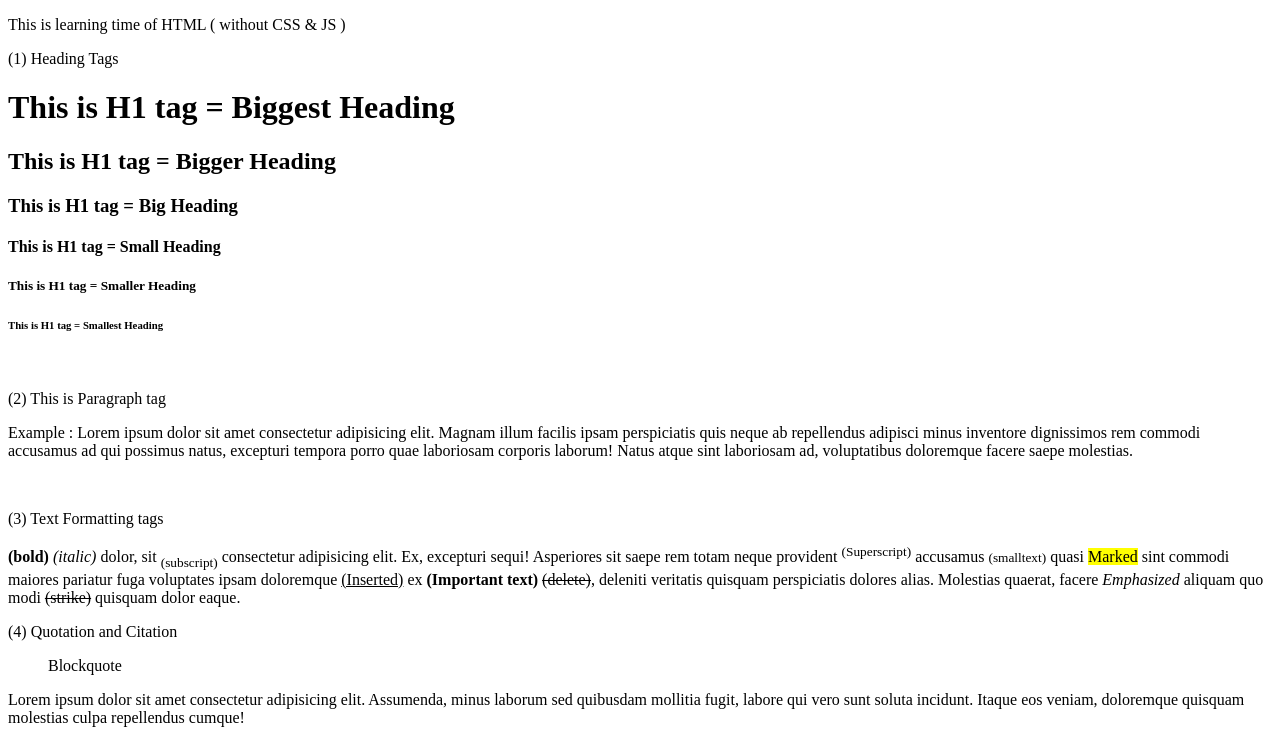
Repository: diptods/Frontend-in-60-DAYS
Page: Day01/learning/learn.html
The author's editor kept a copy of each file at every save. The page is drawn from the files as they stood at one save, then again after the next save.
The browser window is 1280 px wide. The pictures show the whole page.

Above is the page before, as saved 2026-05-28 11:57:58.

### Day01/learning/learn.html
<!DOCTYPE html>
<html lang="en">

<head>
    <meta charset="UTF-8">
    <meta name="viewport" content="width=device-width, initial-scale=1.0">
    <title>Day 01 Of Frontend Learning</title>
</head>

<body>
    <p>This is learning time of HTML ( without CSS & JS )</p>
    <p>(1) Heading Tags</p>
    <h1>This is H1 tag = Biggest Heading</h1>
    <h2>This is H1 tag = Bigger Heading</h2>
    <h3>This is H1 tag = Big Heading</h3>
    <h4>This is H1 tag = Small Heading</h4>
    <h5>This is H1 tag = Smaller Heading</h5>
    <h6>This is H1 tag = Smallest Heading</h6>
    <br>
    <p>(2) This is Paragraph tag</p>
    <p>Example : Lorem ipsum dolor sit amet consectetur adipisicing elit. Magnam illum facilis ipsam perspiciatis quis
        neque ab repellendus adipisci minus inventore dignissimos rem commodi accusamus ad qui possimus natus, excepturi
        tempora porro quae laboriosam corporis laborum! Natus atque sint laboriosam ad, voluptatibus doloremque facere
        saepe molestias.</p>
    <br>
    <p>(3) Text Formatting tags</p>
    <p><b>(bold)</b> <i>(italic)</i> dolor, sit <sub>(subscript)</sub> consectetur adipisicing elit. Ex, excepturi
        sequi! Asperiores sit saepe rem totam
        neque provident <sup>(Superscript)</sup> accusamus <small>(smalltext)</small> quasi <mark>Marked</mark> sint
        commodi maiores pariatur fuga voluptates ipsam doloremque
        <ins>(Inserted)</ins> ex <strong>(Important text)</strong> <del>(delete)</del>, deleniti veritatis quisquam
        perspiciatis dolores alias. Molestias quaerat, facere
        <em>Emphasized</em> aliquam quo modi <strike>(strike)</strike> quisquam dolor eaque.
    </p>
    <p>(4) Quotation and Citation</p>
    <p><blockquote>Blockquote</blockquote> Lorem ipsum dolor sit amet consectetur adipisicing elit. Assumenda, minus laborum sed quibusdam mollitia fugit,
        labore qui vero sunt soluta incidunt. Itaque eos veniam, doloremque quisquam molestias culpa repellendus cumque!
    </p>
</body>

</html>

After the next save:
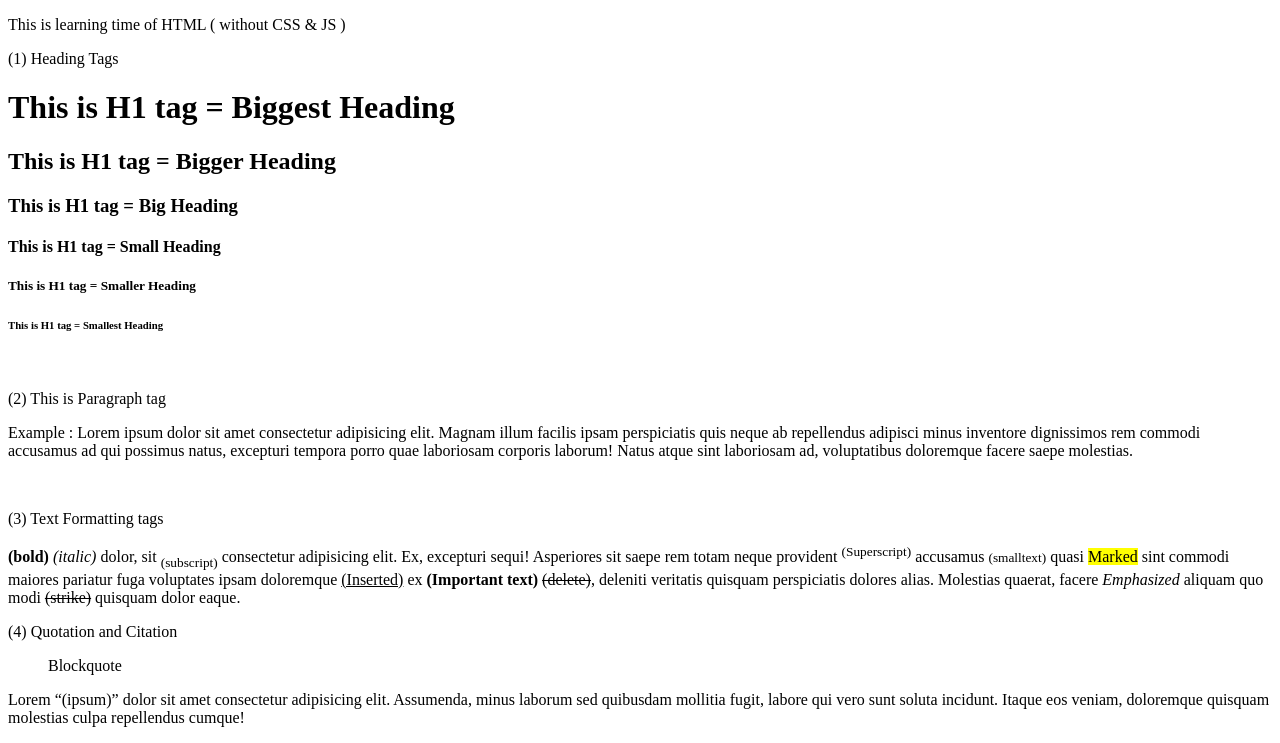
Saved 18 s later.
--- a/Day01/learning/learn.html
+++ b/Day01/learning/learn.html
@@ -33,7 +33,7 @@
         <em>Emphasized</em> aliquam quo modi <strike>(strike)</strike> quisquam dolor eaque.
     </p>
     <p>(4) Quotation and Citation</p>
-    <p><blockquote>Blockquote</blockquote> Lorem ipsum dolor sit amet consectetur adipisicing elit. Assumenda, minus laborum sed quibusdam mollitia fugit,
+    <p><blockquote>Blockquote</blockquote> Lorem <q>(ipsum)</q> dolor sit amet consectetur adipisicing elit. Assumenda, minus laborum sed quibusdam mollitia fugit,
         labore qui vero sunt soluta incidunt. Itaque eos veniam, doloremque quisquam molestias culpa repellendus cumque!
     </p>
 </body>
